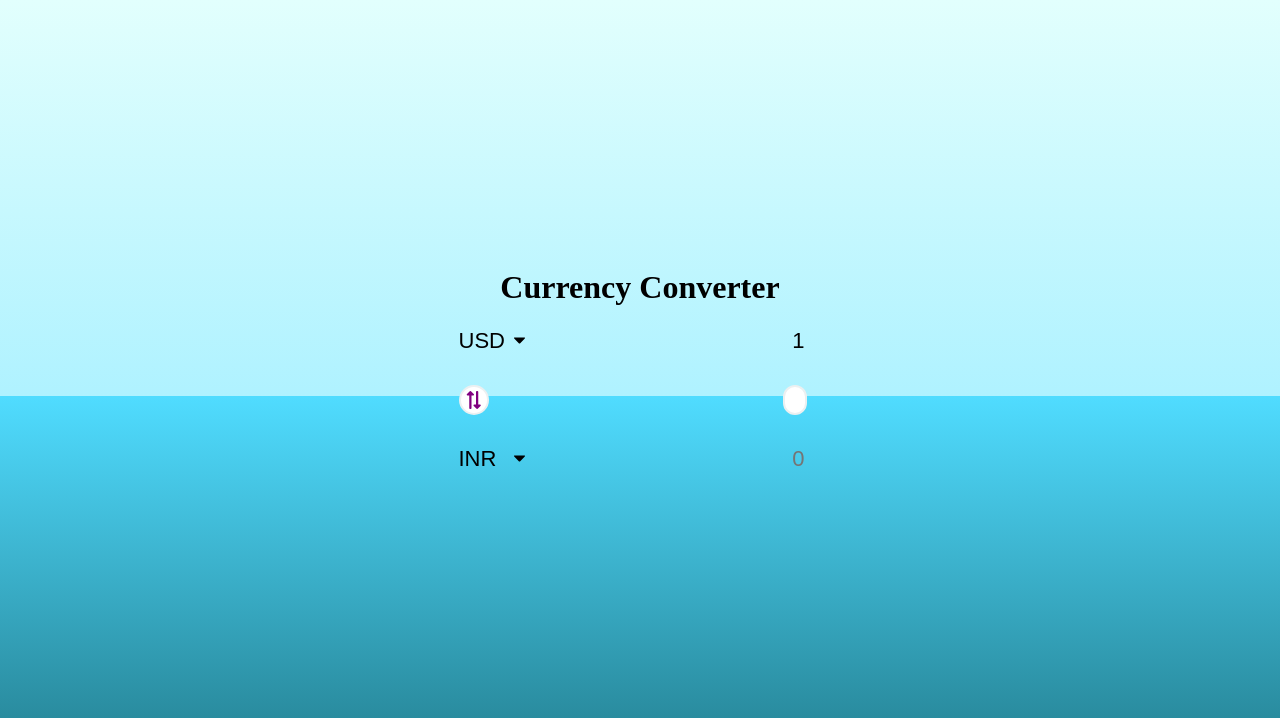
Repository: Sp4ngl3r/Currency-Converter
Page: currency.html
An editor plug-in stored every save of this project. The page is shown before and after the next save, followed by the edit.
The browser window is 1280 px wide. The pictures show the whole page.
The page's requests for data from a server got no answer. Some web fonts or font styles are not loaded; a fallback is used. Some web libraries are served in a nearby version.

Above is the page before, as saved 2020-04-19 09:08:15.

After the next save:
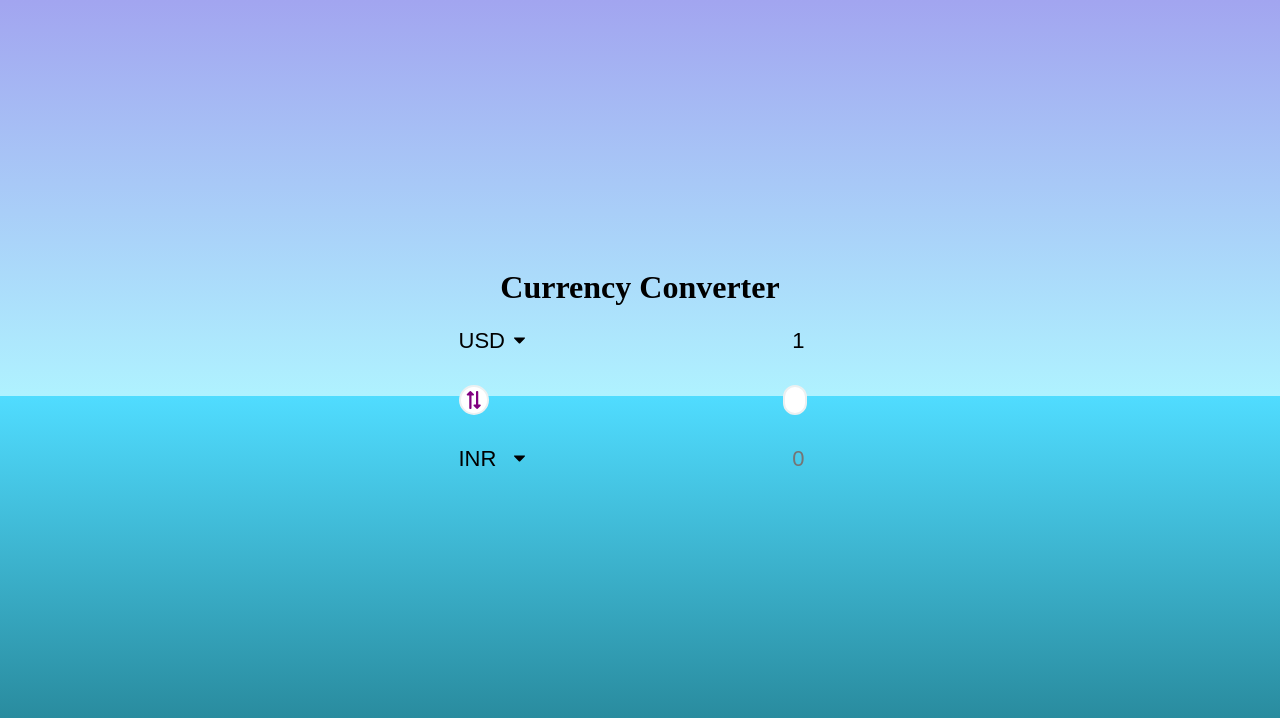
Saved 25 s later.
--- a/currency.css
+++ b/currency.css
@@ -5,7 +5,7 @@
 body {
   background: linear-gradient(
     to bottom,
-    #e2fffd 0%,
+    #a2a5f0 0%,
     #aff2ff 55%,
     #50dcff 55%,
     #298b9e 100%
